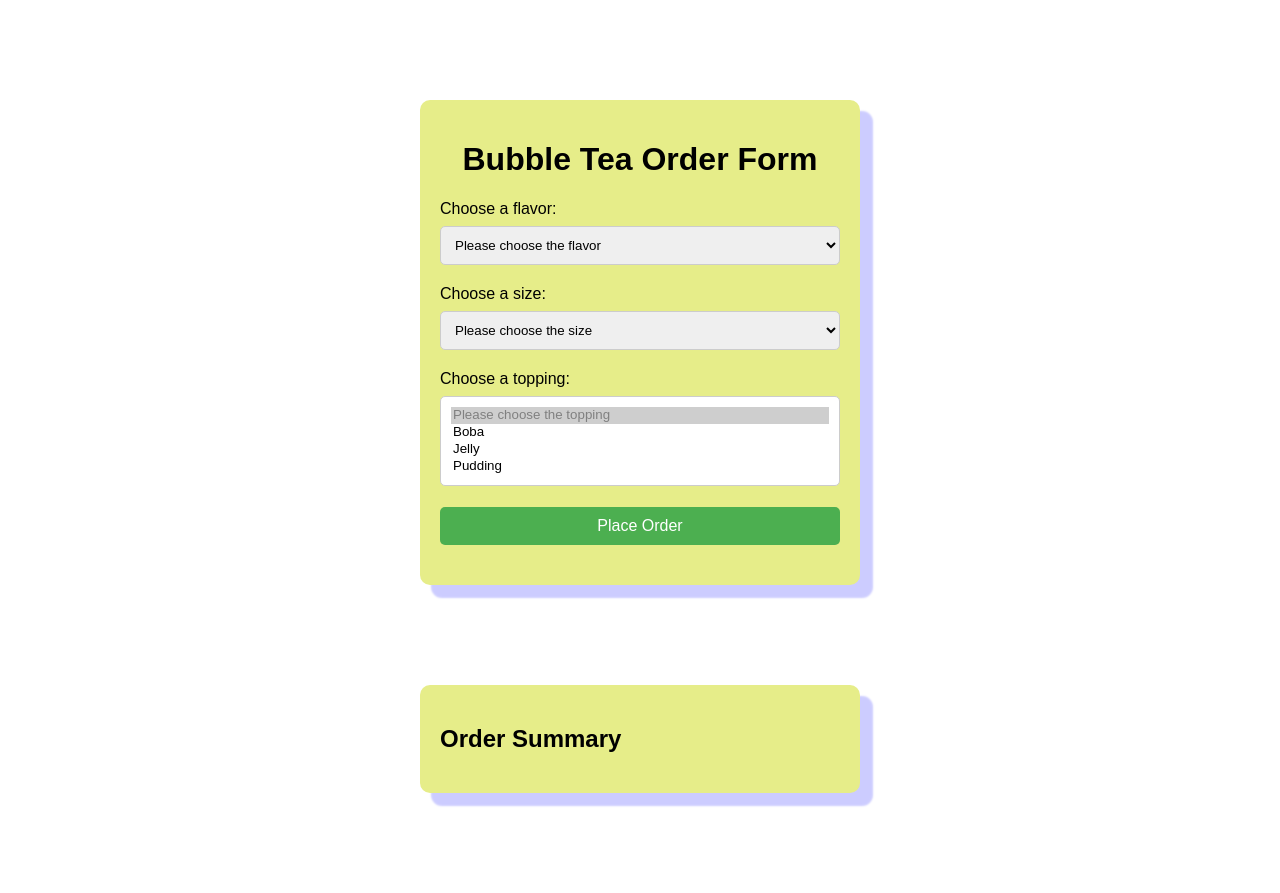
Repository: liulian26/CS5610
Page: lab3/index.html
These files come from the project's save history. The page is drawn as it stood at one moment and after the next save; the edit follows.
The browser window is 1280 px wide. The pictures show the whole page.

Above is the page before, as saved 2025-02-06 23:20:54.
Console error: SyntaxError: Identifier 'size' has already been declared

After the next save:
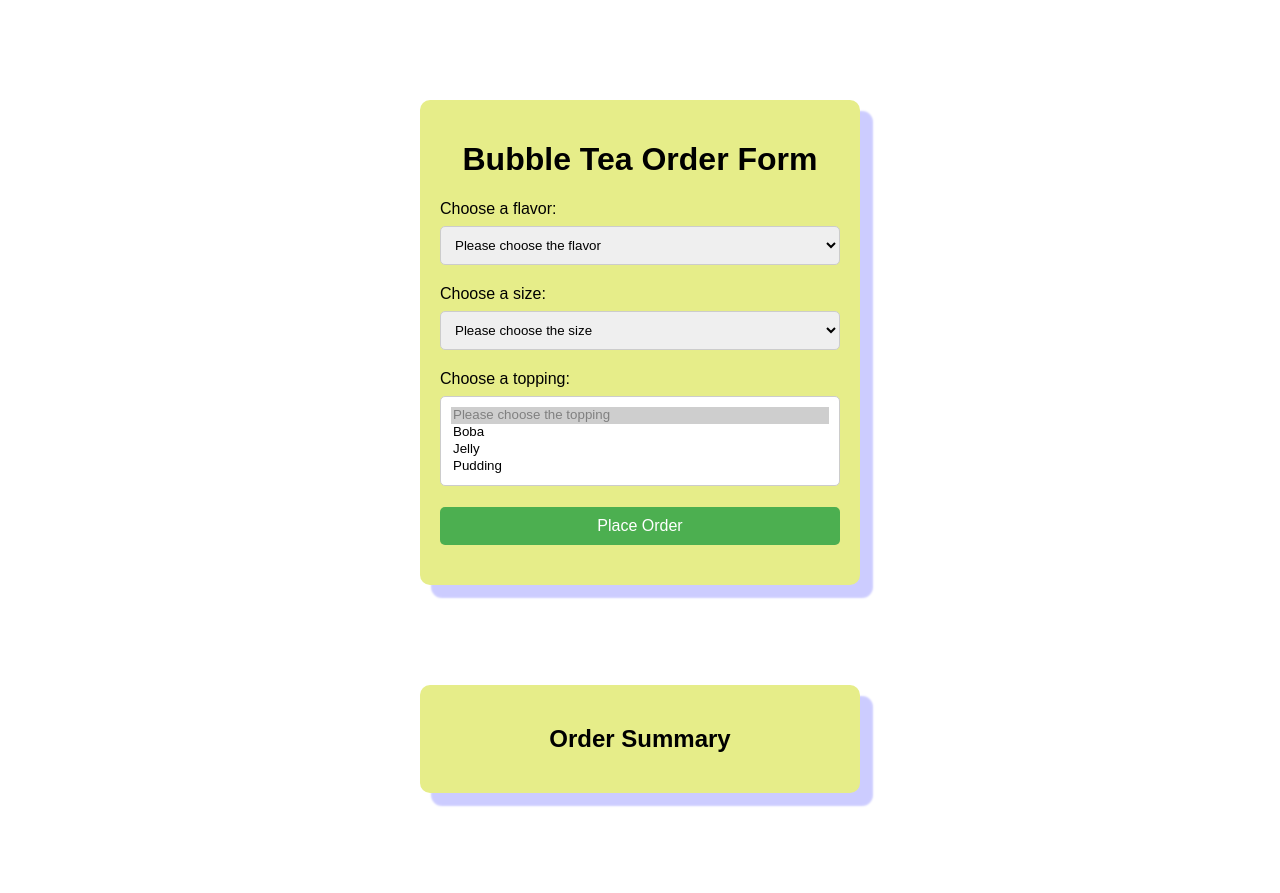
Saved 2 min 42 s later.
--- a/lab3/css/styles.css
+++ b/lab3/css/styles.css
@@ -64,7 +64,7 @@ select:focus{
     text-align: left;
 }
 
-#orderSummary{
+#order-summary{
     font-size: 16px;
     text-align: left;
 }
--- a/lab3/js/scripts.js
+++ b/lab3/js/scripts.js
@@ -41,7 +41,7 @@ function displayOrderSummary(order) {
     const summaryText = `You have ordered a ${size} ${flavor} bubble tea with these toppings: ${toppingsList}. Total price: $${order.totalPrice.toFixed(2)}`;
 
     // display the order summary
-    const summaryElement = document.getElementById("orderSummary");
+    const summaryElement = document.getElementById("order-summary");
     summaryElement.textContent = summaryText;
 }
 
@@ -63,6 +63,8 @@ function validateSelection() {
 // as argument.
 function placeOrder(flavor, size, toppings) {
 
+    event.preventDefault();
+
     if (!validateSelection()) {
         return "Error: Please select a valid flavor and size";
     }

After the save that followed:
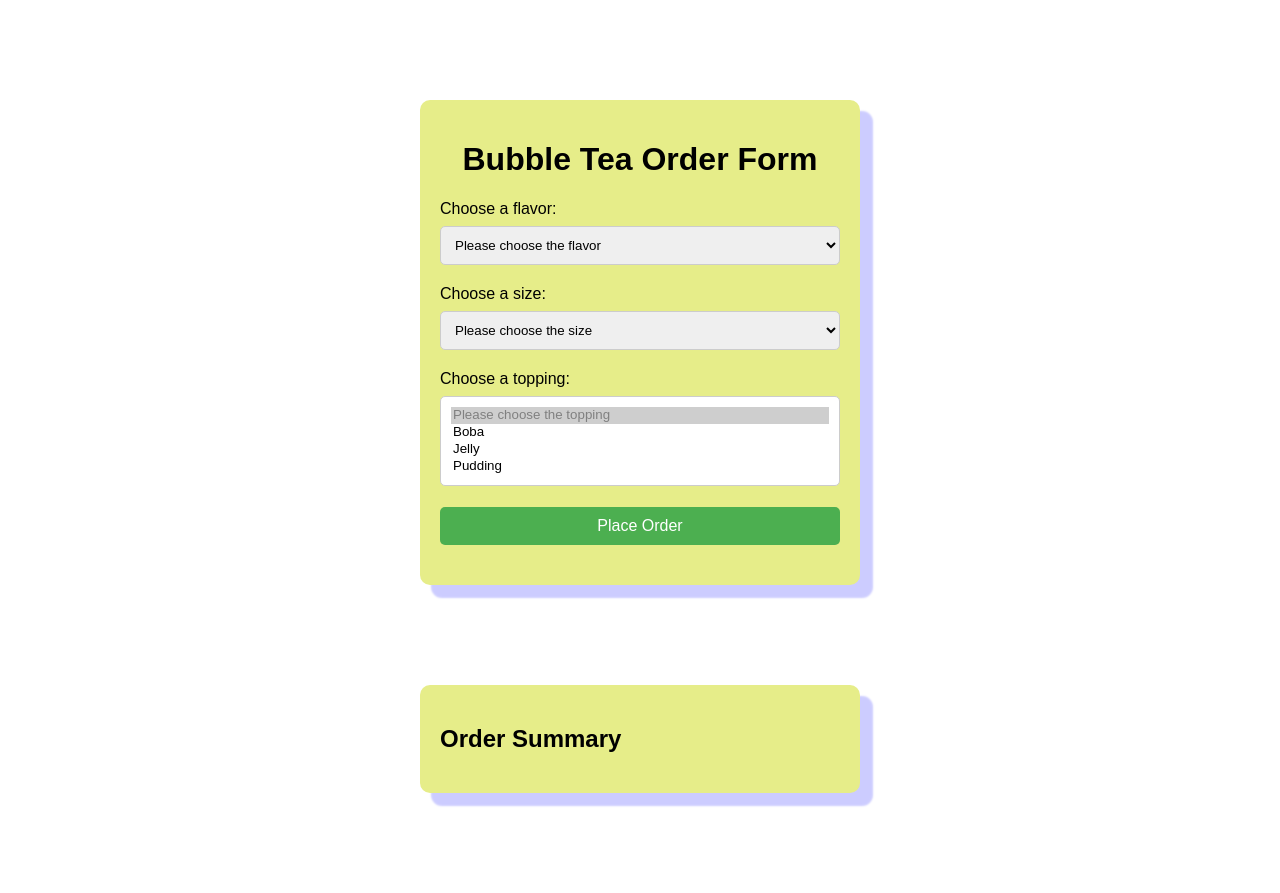
Saved 58 s later.
--- a/lab3/css/styles.css
+++ b/lab3/css/styles.css
@@ -58,7 +58,7 @@ select:focus{
     margin: 100px auto;
 }
 
-#orderSummaryContainer h2{
+#orderSummary h2{
     font-size: 24px;
     margin-bottom: 20px;
     text-align: left;
